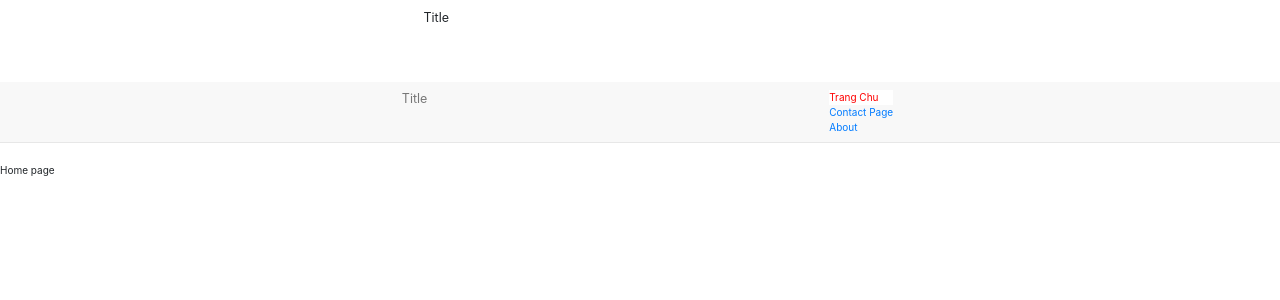
Repository: hntvip/react-route
Page: /
These files come from the project's save history. The page is drawn as it stood at one moment and after the next save; the edit follows.
The browser window is 1280 px wide. The pictures show the whole page.
The project was rebuilt for these pictures with package versions that can differ from the ones it lists, and the page was loaded fresh each time. Also part of the build but not shown: src/components/About.js, src/components/Contact.js.

Above is the page before, as saved 2019-11-27 16:58:01.

After the next save:
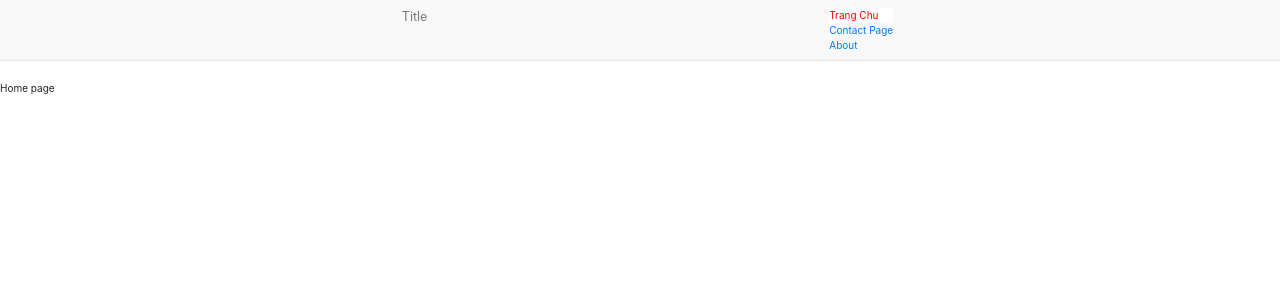
Saved 7 s later.
--- a/src/App.js
+++ b/src/App.js
@@ -9,12 +9,7 @@ function App() {
   return (
     <Router>
       <div className="App">
-        <nav className="navbar navbar-">
-          <a className="navbar-brand">Title</a>
-          <ul className="nav navbar-nav">
 
-          </ul>
-        </nav>
 
       </div>
 
